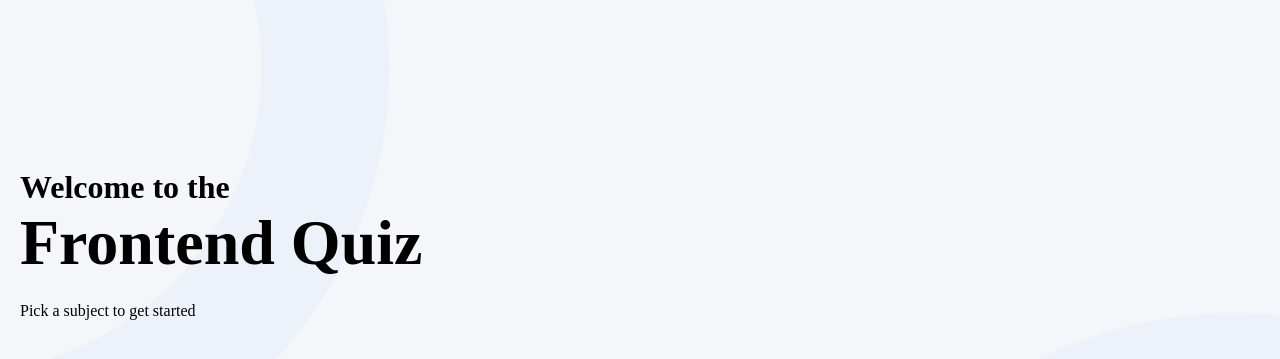
Repository: Daniel054311/Quiz-app-V1
Page: index.html
An editor plug-in stored every save of this project. The page is shown before and after the next save, followed by the edit.
The browser window is 1280 px wide. The pictures show the whole page.

Above is the page before, as saved 2024-01-30 23:57:31.

After the next save:
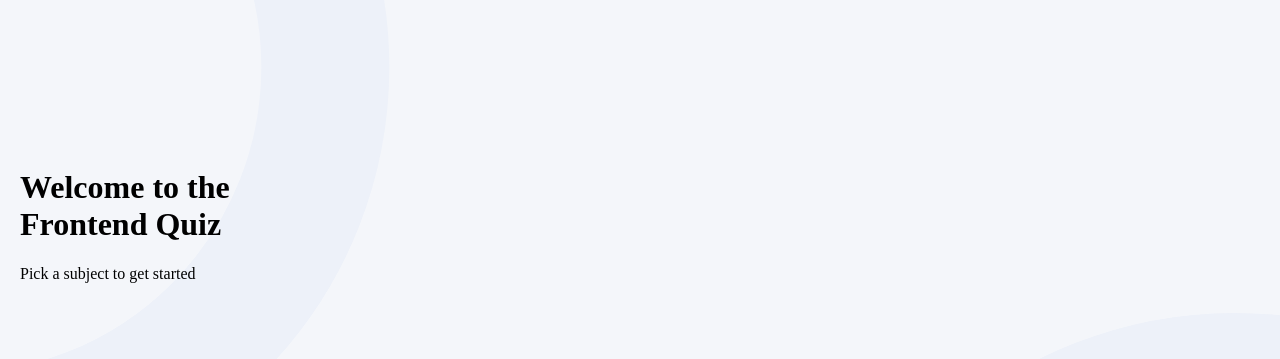
Saved 7 s later.
--- a/asset/style/index.css
+++ b/asset/style/index.css
@@ -62,28 +62,7 @@
 
   }
 
-/* .image-item {
-    display: flex;
-    align-items: center;
-    margin-bottom: 10px; /* Add spacing between items */
-    padding: 10px;
-    background-color:#ffffff;
-    border-radius: 25px;
-    list-style: none;
-  }
-
-  .image {
-    width: 50px;
-    height: 50px;
-    border-radius:15px;
-    margin-right: 10px;
-
-  }
-
-  .content {
-    flex: 1;
-  } */
-  .left-container .Welcome{
+/* z  .left-container .Welcome{
     font-size: 64px;
     color:#313E51;
     font-style: normal;

After the save that followed:
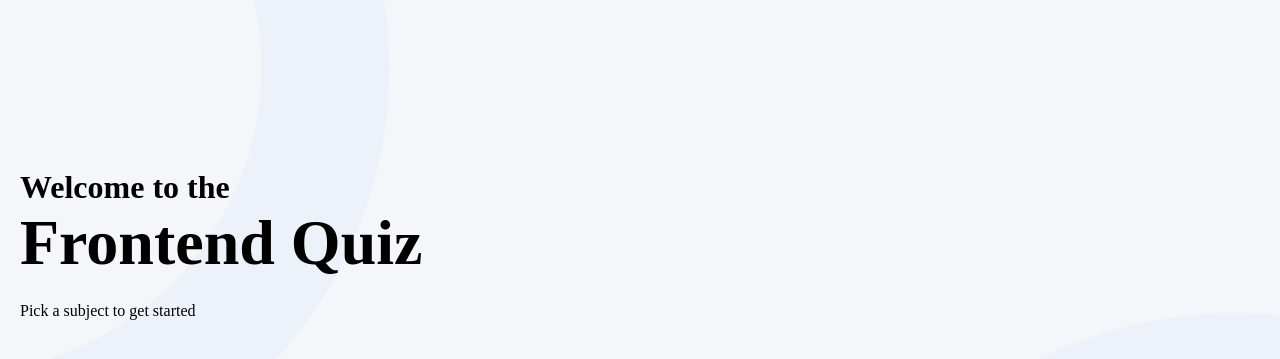
Saved 4 s later.
--- a/asset/style/index.css
+++ b/asset/style/index.css
@@ -62,7 +62,28 @@
 
   }
 
-/* z  .left-container .Welcome{
+/* .image-item {
+    display: flex;
+    align-items: center;
+    margin-bottom: 10px; /* Add spacing between items */
+    padding: 10px;
+    background-color:#ffffff;
+    border-radius: 25px;
+    list-style: none;
+  }
+
+  .image {
+    width: 50px;
+    height: 50px;
+    border-radius:15px;
+    margin-right: 10px;
+
+  }
+
+  .content {
+    flex: 1;
+  } */
+  .left-container .Welcome{
     font-size: 64px;
     color:#313E51;
     font-style: normal;
